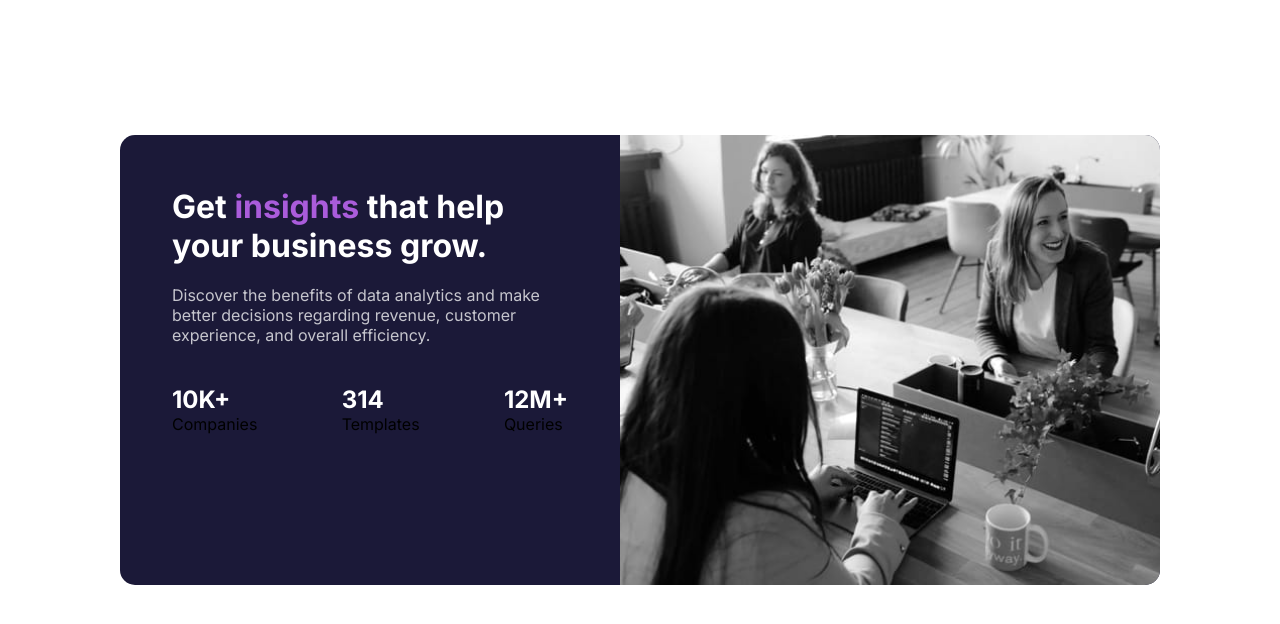
Repository: keisewarsame/stats-preview-frontendmentor
Page: index.html
These files come from the project's save history. The page is drawn as it stood at one moment and after the next save; the edit follows.
The browser window is 1280 px wide. The pictures show the whole page.

Above is the page before, as saved 2022-07-12 13:01:58.

### index.html
<!DOCTYPE html>
<html lang="en">
<head>
  <meta charset="UTF-8">
  <meta name="viewport" content="width=device-width, initial-scale=1.0"> <!-- displays site properly based on user's device -->
  <link rel="icon" type="image/png" sizes="32x32" href="./images/favicon-32x32.png">
  <link rel="stylesheet" href="styles.css">
  <title>Frontend Mentor | Stats preview card component</title>
</head>
<body>
    <div class="container">
        <div class="wrapper">
            <div class="text-component">
                <h1 class="title">Get <span>insights</span> that help your business grow.</h1>
                <p class="subtitle">Discover the benefits of data analytics and make better decisions regarding revenue, customer experience, and overall efficiency.</p>
                <div class="stats-component">
                    <div>
                        <p class="num">10K+</p>
                        <p class="stats-sub">Companies</p>
                    </div>
                    <div>
                        <p class="num">314</p>
                        <p class="stats-sub">Templates</p>
                    </div>
                    <div>
                        <p class="num">12M+</p>
                        <p class="stats-sub">Queries</p>
                    </div>
                </div>
            </div>
            <div class="image-component">
                <img src="/images/image-header-desktop.jpg" alt="">
            </div>
        </div>
    </div>
</body>
</html>

### styles.css
@import url('https://fonts.googleapis.com/css2?family=Inter:wght@400;700&family=Lexend+Deca&display=swap');

* {
    margin: 0;
    padding: 0;
}

body {
    display: flex;
    align-items: center;
    min-height: 100vh;
}

.container {
    margin: 0 auto;
    max-width: 1040px;
}

.wrapper {
    background-color: hsl(244, 38%, 16%);
    display: flex;
    border-radius: 15px;
    overflow: hidden;
}

.text-component {
    padding: 5%;
    font-family: 'Inter', sans-serif;
}

.title {
    color: hsl(0, 0%, 100%);
    margin-bottom: 20px;
    font-weight: 700;
}

.title span {
    color: hsl(277, 64%, 61%)
}

.subtitle {
    color: hsla(0, 0%, 100%, 0.75);
    margin-bottom: 40px;
}

.stats-component {
    display: flex;
    justify-content: space-between;
}

.num {
    color: hsl(0, 0%, 100%);
    font-weight: 700;
    font-size: 24px;
}

.stats-sub {
    text-decoration: uppercase;
}





img {
    height: 100%;
}

After the next save:
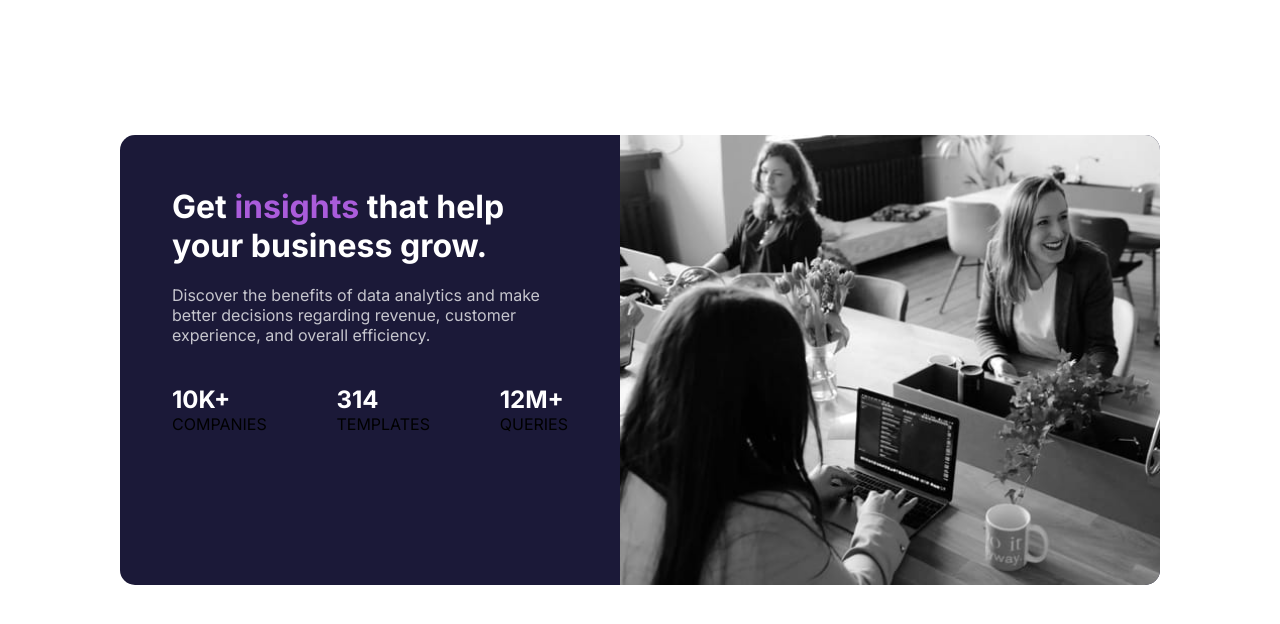
Saved 12 s later.
--- a/styles.css
+++ b/styles.css
@@ -55,7 +55,7 @@ body {
 }
 
 .stats-sub {
-    text-decoration: uppercase;
+    text-transform: uppercase;
 }
 
 
